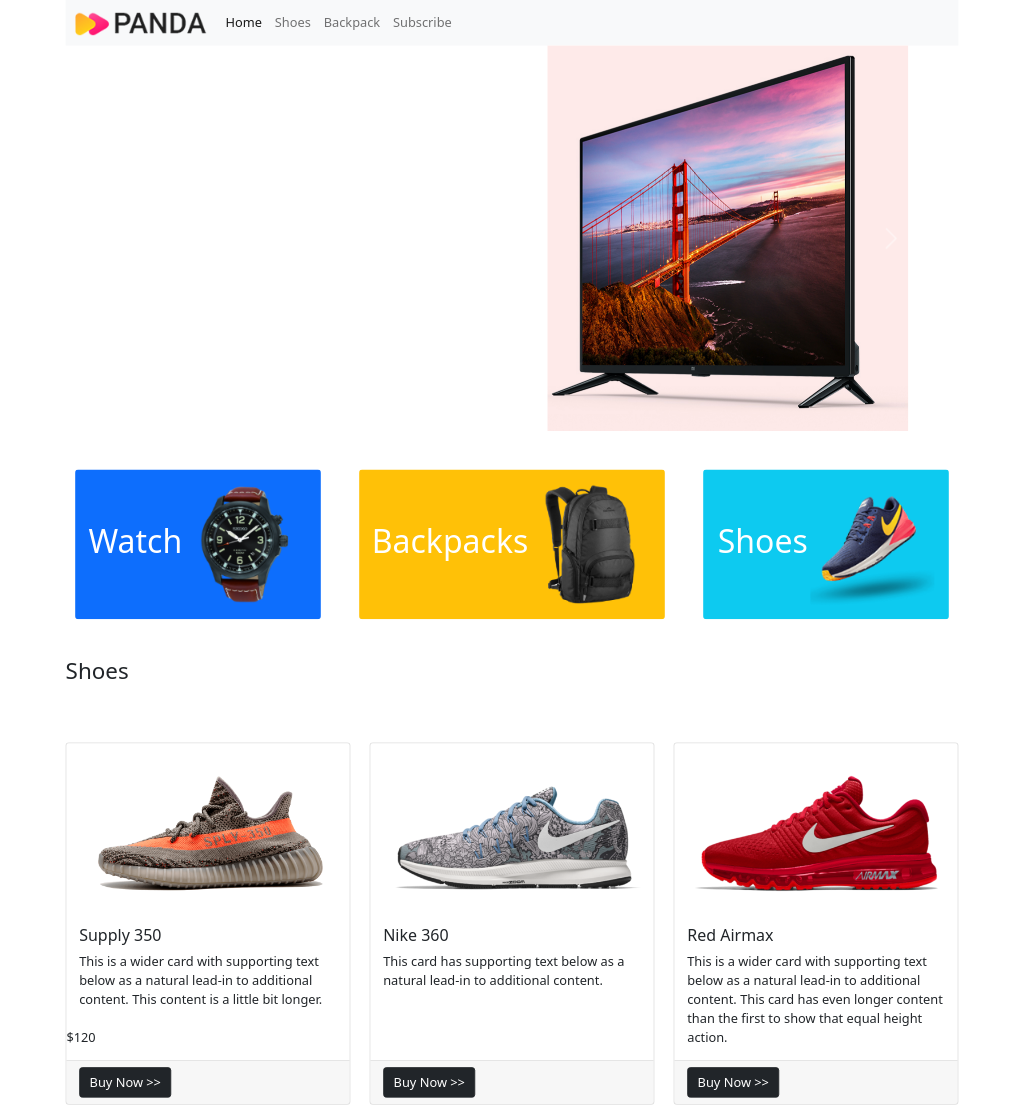
Repository: omarhasnain/panda-commerce-bootstrap
Page: index.html
The author's editor kept a copy of each file at every save. The page is drawn from the files as they stood at one save, then again after the next save.
The browser window is 1280 px wide. The pictures show the whole page, at 80% of full size.

Above is the page before, as saved 2021-01-14 16:57:03.

After the next save:
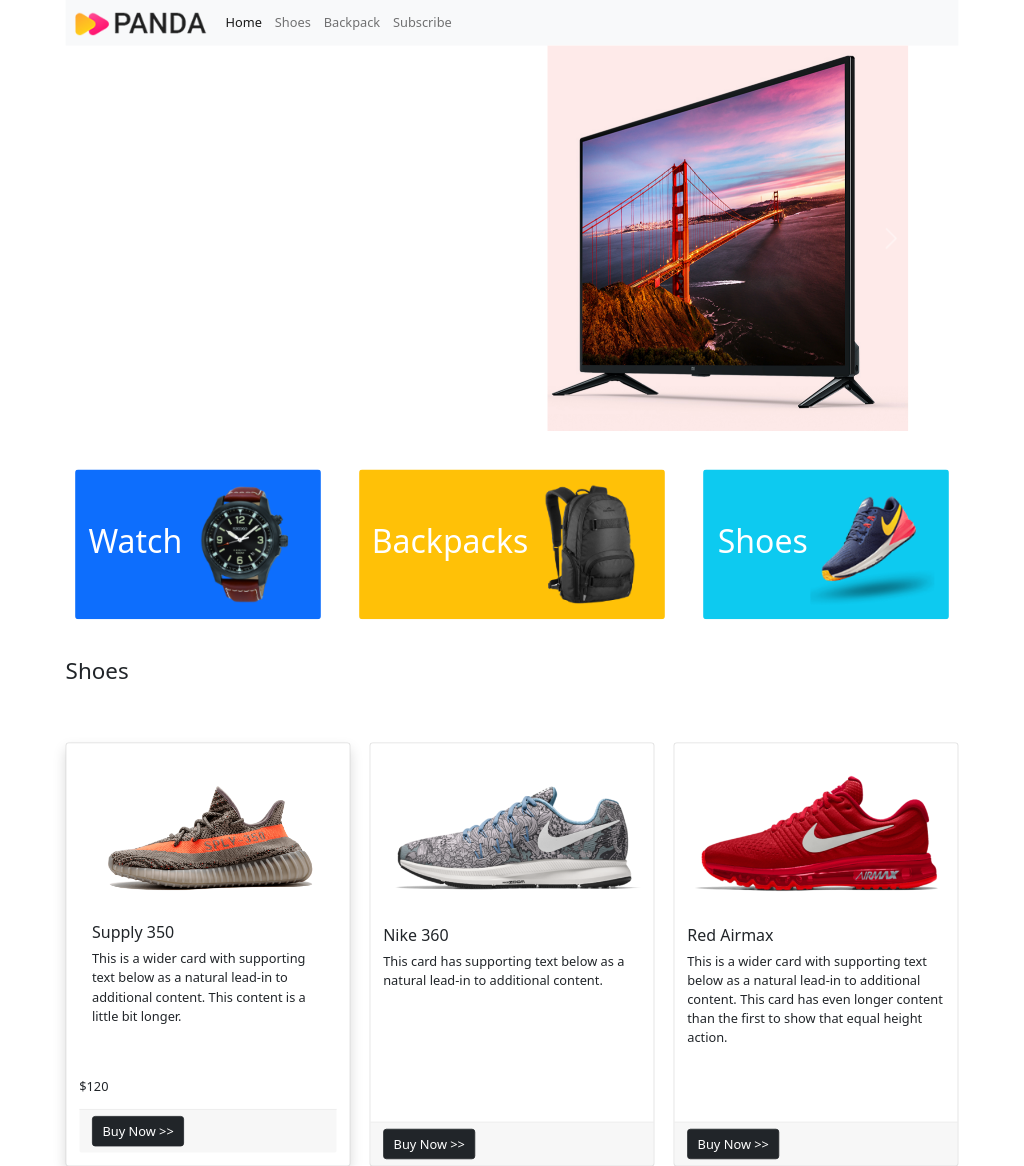
Saved 119 s later.
--- a/index.html
+++ b/index.html
@@ -101,9 +101,9 @@
             <h3>Shoes</h3>
             <div class="row row-cols-1 row-cols-md-3 g-4 mt-5">
                 <div class="col">
-                  <div class="card h-100">
+                  <div class="card h-100 shadow p-3 mb-5 bg-white rounded">
                     <img src="images/shoes/shoe-1.png" class="card-img-top" alt="...">
-                    <div class="card-body">
+                    <div class="card-body ">
                       <h5 class="card-title">Supply 350</h5>
                       <p class="card-text">This is a wider card with supporting text below as a natural lead-in to additional content. This content is a little bit longer.</p>
                     </div>
